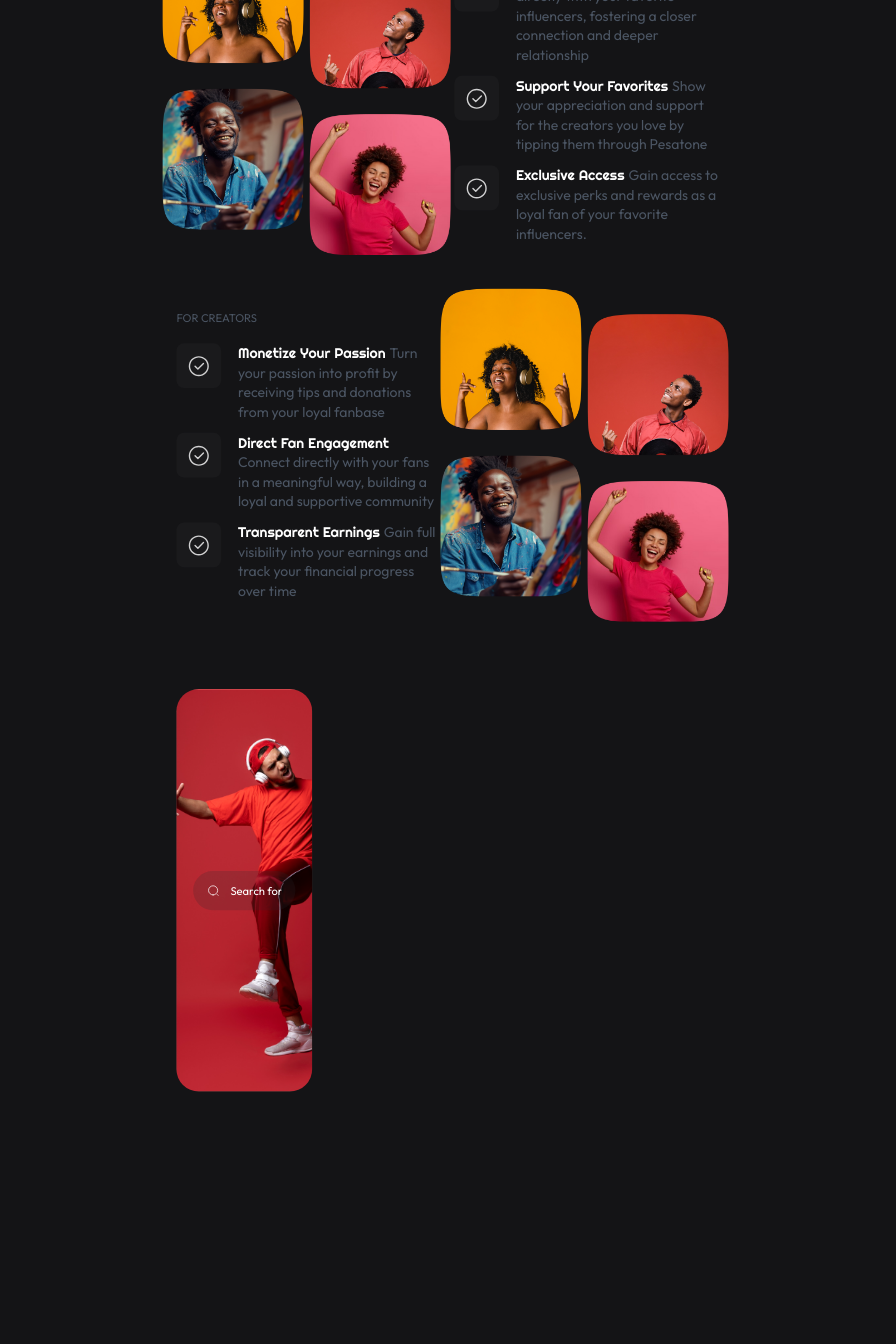
Repository: felixdusengimana/capstone-project-mirror
Page: / (app in frontend/)
The author's editor kept a copy of each file at every save. The page is drawn from the files as they stood at one save, then again after the next save.
The browser window is 1280 px wide. The pictures show the part of the page from y = 2035 to 3955 px (the page is 3955 px tall), at 70% of full size.
The project was rebuilt for these pictures with package versions that can differ from the ones it lists, and the page was loaded fresh each time. The framework's server and built-in components were replaced by stand-ins that run in the browser. Also part of the build but not shown: frontend/next.config.mjs.

Above is the page before, as saved 2024-03-11 16:22:49.

After the next save:
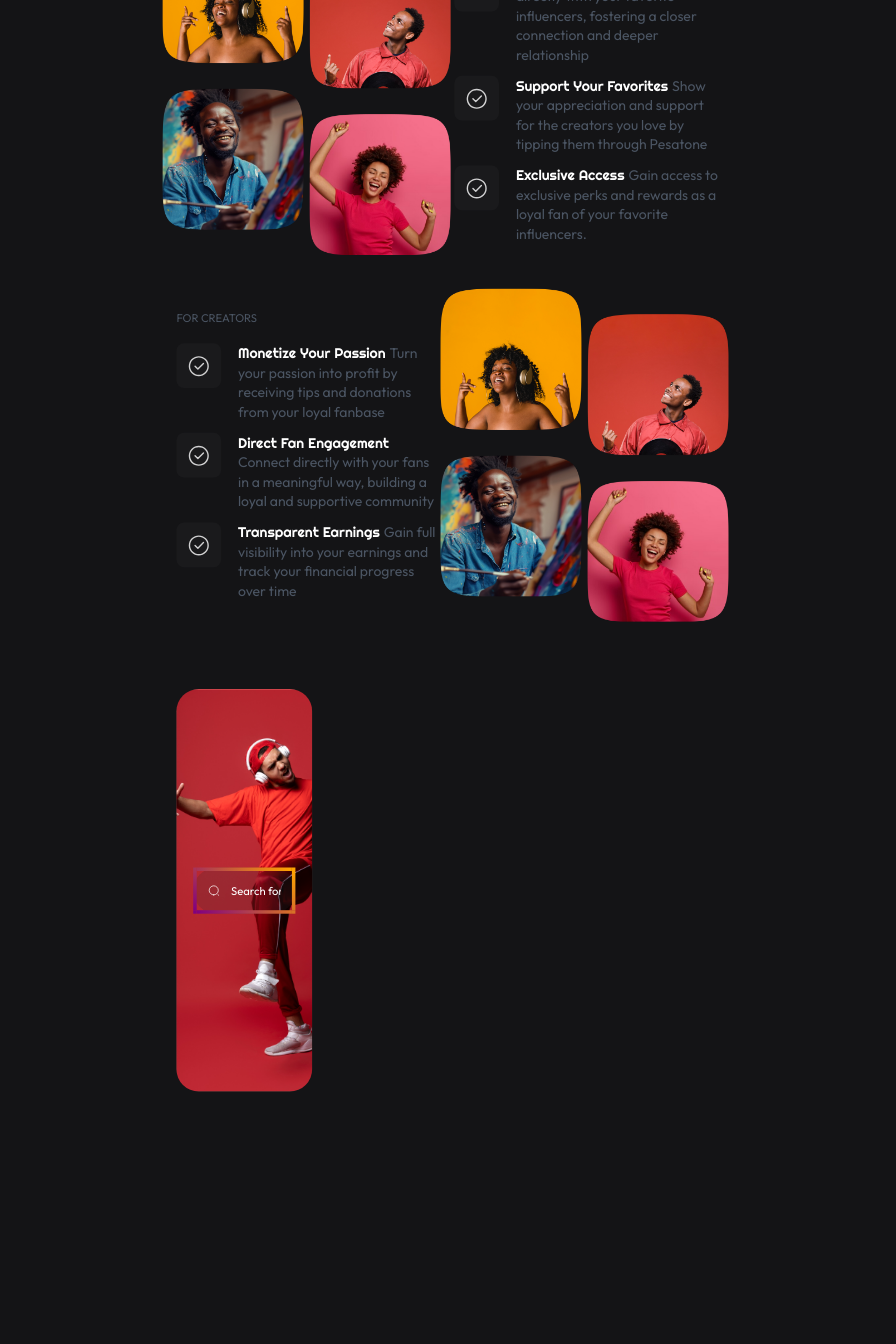
Saved 4 s later.
--- a/frontend/app/page.tsx
+++ b/frontend/app/page.tsx
@@ -149,7 +149,7 @@ export default function page() {
       <section className="mt-24 page-padding">
         <div className="grid grid-cols-4 grid-rows-3 min-h-[862px]">
           <div className="bg-[url('/creator-bg.png')] bg-cover bg-no-repeat row-span-2 bg-red-400 rounded-[32px] px-6 flex items-center justify-center">
-            <Search className="" />
+            <Search className="button-border-gradient" />
           </div>
         </div>
       </section>
